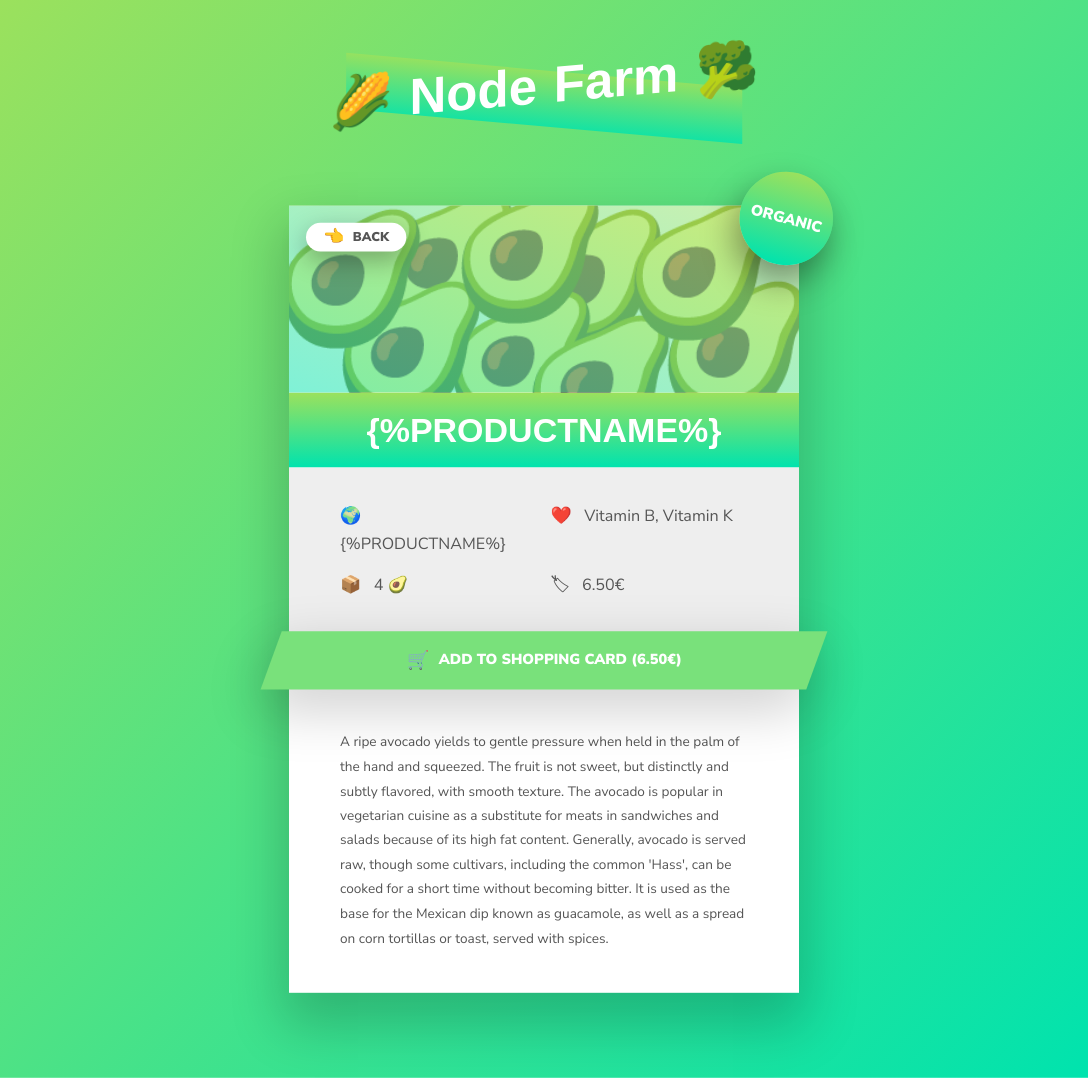
Repository: Kaii-Dev/NODEJS-by-JONAS
Page: 1-node-farm/starter/templates/product.html
These files come from the project's save history. The page is drawn as it stood at one moment and after a run of saves; the edit follows.
The browser window is 1280 px wide. The pictures show the whole page, at 85% of full size.
Some web fonts or font styles are not loaded; a fallback is used.

Above is the page before, as saved 2022-08-03 13:46:06.

### 1-node-farm/starter/templates/product.html
<!DOCTYPE html>
<html lang="en">
  <head>
    <meta charset="UTF-8" />
    <meta name="viewport" content="width=device-width, initial-scale=1.0" />
    <meta http-equiv="X-UA-Compatible" content="ie=edge" />
    <link
      href="https://fonts.googleapis.com/css?family=Megrim|Nunito+Sans:400,900"
      rel="stylesheet"
    />
    <link
      rel="icon"
      href="https://emojipedia-us.s3.dualstack.us-west-1.amazonaws.com/thumbs/240/apple/155/ear-of-maize_1f33d.png"
    />

    <title>Fresh Avocados 🥑 /// NODE FARM</title>

    <style>
      *,
      *::before,
      *::after {
        margin: 0;
        padding: 0;
        box-sizing: inherit;
      }

      html {
        font-size: 62.5%;
        box-sizing: border-box;
      }

      body {
        padding: 5rem 5rem 10rem;
        line-height: 1.7;
        font-family: 'Nunito Sans', sans-serif;
        color: #555;
        min-height: 100vh;
        background: linear-gradient(to bottom right, #9be15d, #00e3ae);
      }

      h1 {
        font-family: 'Megrim', sans-serif;
        font-size: 6rem;
        color: white;
        transform: skewY(-5deg);
        text-align: center;
        position: relative;
        word-spacing: 3px;
      }

      h1::before {
        content: '';
        display: block;
        height: 65%;
        width: 49%;
        position: absolute;
        top: 105%;
        left: 50%;
        background: linear-gradient(to bottom, #9be15d, #00e3ae);
        opacity: 0.8;
        z-index: -1;
        transform: skewY(370deg) translate(-50%, -50%);
      }

      .container {
        width: 95rem;
        margin: 0 auto;
      }

      .product {
        width: 60rem;
        margin: 0 auto;
        margin-top: 9rem;
        background: white;
        box-shadow: 0 3rem 6rem 1rem rgba(0, 0, 0, 0.2);
        position: relative;
      }

      .product__hero {
        position: relative;
        height: 22rem;
        overflow: hidden;
      }

      .product__hero::before {
        content: '';
        display: block;
        height: 100%;
        width: 100%;
        position: absolute;
        top: 0;
        left: 0;
        background-image: linear-gradient(to left bottom, #9be15d, #00e3ae);
        opacity: 0.5;
        z-index: 100;
      }

      .product__emoji {
        font-size: 15rem;
        position: absolute;
      }

      .product__emoji--1 {
        top: -4rem;
        left: -2rem;
        z-index: 10;
      }

      .product__emoji--2 {
        top: -6rem;
        left: 9rem;
      }

      .product__emoji--3 {
        top: -4rem;
        right: 15rem;
      }

      .product__emoji--4 {
        top: -5rem;
        right: 2rem;
        z-index: 10;
      }

      .product__emoji--5 {
        bottom: -9rem;
        left: 18rem;
      }

      .product__emoji--6 {
        bottom: -8rem;
        left: 5rem;
      }

      .product__emoji--7 {
        bottom: -12rem;
        right: 14rem;
      }

      .product__emoji--8 {
        bottom: -8rem;
        right: -2rem;
      }

      .product__emoji--9 {
        top: -7rem;
        left: 19rem;
      }

      .product__organic {
        position: absolute;
        top: -4rem;
        right: -4rem;
        z-index: 1000;
        height: 11rem;
        width: 11rem;
        background-image: linear-gradient(to bottom, #9be15d, #00e3ae);
        border-radius: 50%;
        transform: rotate(15deg);
        box-shadow: 0 2rem 4rem rgba(0, 0, 0, 0.4);
        display: flex;
        align-items: center;
        justify-content: center;
      }

      .product__organic h5 {
        font-weight: 900;
        text-transform: uppercase;
        font-size: 1.8rem;
        color: white;
      }

      .product__back:link,
      .product__back:visited {
        position: absolute;
        top: 2rem;
        left: 2rem;
        font-size: 1.5rem;
        font-weight: 700;
        text-transform: uppercase;
        text-decoration: none;
        z-index: 1000;
        color: #555;
        background-color: white;
        box-shadow: 0 1rem 3rem rgba(0, 0, 0, 0.3);
        border-radius: 100rem;
        padding: 0 2rem;
        transition: all 0.3s;
        display: flex;
        align-items: center;
      }

      .product__back:hover,
      .product__back:active {
        background-color: #79e17b;
      }

      .product__name {
        background: linear-gradient(to bottom, #9be15d, #00e3ae);
        padding: 1rem;
        font-family: 'Megrim', sans-serif;
        font-size: 4rem;
        color: white;
        text-align: center;
        word-spacing: 2px;
      }

      .product__details {
        background-color: #eee;
        padding: 4rem 6rem;
        font-size: 1.9rem;
        display: grid;
        grid-template-columns: 1fr 1fr;
        grid-gap: 1.5rem;
      }

      .product__description {
        padding: 5rem 6rem;
        font-size: 1.6rem;
        line-height: 1.8;
      }

      .product__link:link,
      .product__link:visited {
        display: block;
        background-color: #79e17b;
        color: white;
        font-size: 1.6rem;
        font-weight: 700;
        text-transform: uppercase;
        text-decoration: none;
        padding: 1.5rem;
        text-align: center;
        transform: scale(1.07) skewX(-20deg);
        box-shadow: 0 2rem 6rem rgba(0, 0, 0, 0.2);
        display: flex;
        align-items: center;
        justify-content: center;
        transition: all 0.3s;
      }

      .product__link:hover,
      .product__link:active {
        background-color: #9be15d;
        transform: scale(1.1) skewX(-20deg);
      }

      .product__link span {
        transform: skewX(20deg);
      }

      .emoji-left {
        font-size: 2rem;
        margin-right: 1rem;
      }

      .emoji-right {
        font-size: 2rem;
        margin-left: 1rem;
      }

      .not-organic {
        display: none;
      }
    </style>
  </head>

  <body>
    <div class="container">
      <h1>🌽 Node Farm 🥦</h1>

      <figure class="product">
        <div class="product__organic"><h5>Organic</h5></div>
        <a href="#" class="product__back">
          <span class="emoji-left">👈</span>Back
        </a>
        <div class="product__hero">
          <span class="product__emoji product__emoji--1">🥑</span>
          <span class="product__emoji product__emoji--2">🥑</span>
          <span class="product__emoji product__emoji--3">🥑</span>
          <span class="product__emoji product__emoji--4">🥑</span>
          <span class="product__emoji product__emoji--5">🥑</span>
          <span class="product__emoji product__emoji--6">🥑</span>
          <span class="product__emoji product__emoji--7">🥑</span>
          <span class="product__emoji product__emoji--8">🥑</span>
          <span class="product__emoji product__emoji--9">🥑</span>
        </div>
        <h2 class="product__name">{%PRODUCTNAME%}</h2>
        <div class="product__details">
          <p><span class="emoji-left">🌍</span> {%PRODUCTNAME%}</p>
          <p><span class="emoji-left">❤️</span> Vitamin B, Vitamin K</p>
          <p><span class="emoji-left">📦</span> 4 🥑</p>
          <p><span class="emoji-left">🏷</span> 6.50€</p>
        </div>

        <a href="#" class="product__link">
          <span class="emoji-left">🛒</span>
          <span>Add to shopping card (6.50€)</span>
        </a>

        <p class="product__description">
          A ripe avocado yields to gentle pressure when held in the palm of the
          hand and squeezed. The fruit is not sweet, but distinctly and subtly
          flavored, with smooth texture. The avocado is popular in vegetarian
          cuisine as a substitute for meats in sandwiches and salads because of
          its high fat content. Generally, avocado is served raw, though some
          cultivars, including the common 'Hass', can be cooked for a short time
          without becoming bitter. It is used as the base for the Mexican dip
          known as guacamole, as well as a spread on corn tortillas or toast,
          served with spices.
        </p>
      </figure>

    </div>
  </body>
</html>

After the next 3 saves:
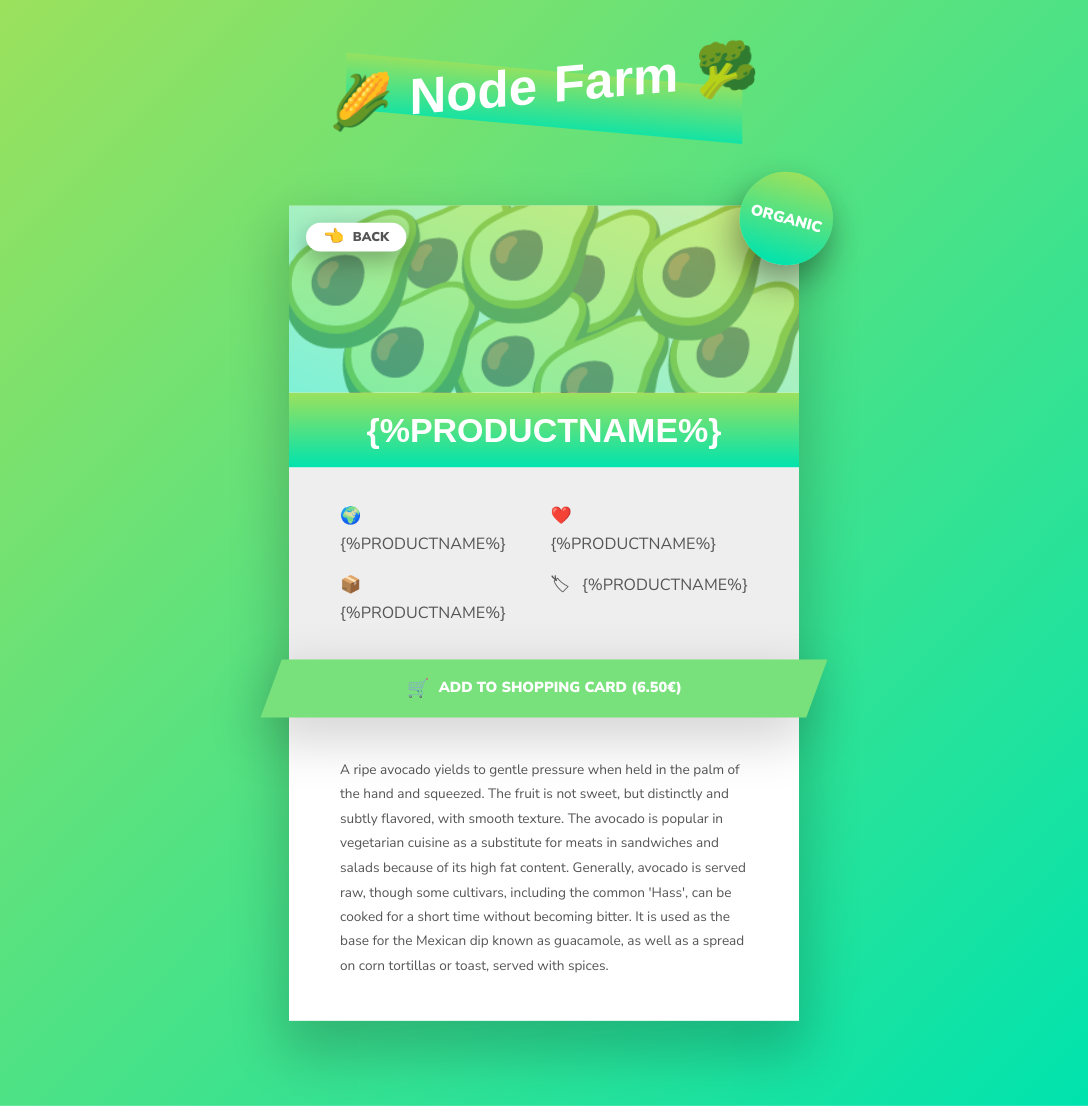
The 3 saves are shown as one change because they came seconds apart.
The last was saved 12 s later.
--- a/1-node-farm/starter/templates/product.html
+++ b/1-node-farm/starter/templates/product.html
@@ -288,9 +288,9 @@
         <h2 class="product__name">{%PRODUCTNAME%}</h2>
         <div class="product__details">
           <p><span class="emoji-left">🌍</span> {%PRODUCTNAME%}</p>
-          <p><span class="emoji-left">❤️</span> Vitamin B, Vitamin K</p>
-          <p><span class="emoji-left">📦</span> 4 🥑</p>
-          <p><span class="emoji-left">🏷</span> 6.50€</p>
+          <p><span class="emoji-left">❤️</span> {%PRODUCTNAME%}</p>
+          <p><span class="emoji-left">📦</span> {%PRODUCTNAME%}</p>
+          <p><span class="emoji-left">🏷</span> {%PRODUCTNAME%}</p>
         </div>
 
         <a href="#" class="product__link">
